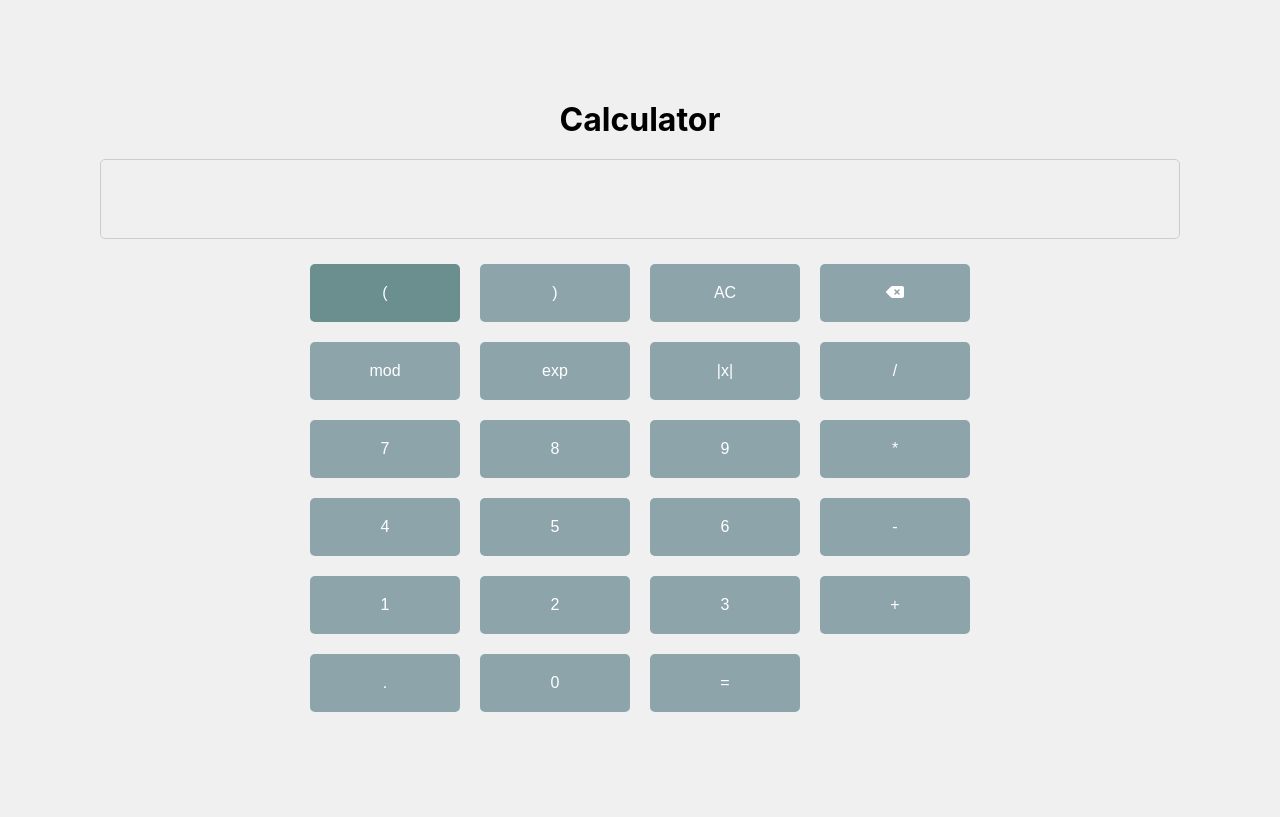
Repository: thesaherriaz/Calculator-React
Page: /
These files come from the project's save history. The page is drawn as it stood at one moment and after a run of saves; the edit follows.
The browser window is 1280 px wide. The pictures show the whole page.
The first visible `.btn-cal` is being pressed.
The project was rebuilt for these pictures with package versions that can differ from the ones it lists, and the page was loaded fresh each time.

Above is the page before, as saved 2025-06-20 12:30:46.

### public/index.html
<!DOCTYPE html>
<html lang="en">
  <head>
    <meta charset="utf-8" />
    <link rel="icon" href="%PUBLIC_URL%/favicon.ico" />
    <meta name="viewport" content="width=device-width, initial-scale=1" />
    <meta name="theme-color" content="#000000" />
    <meta
      name="description"
      content="Web site created using create-react-app"
    />
    <link rel="apple-touch-icon" href="%PUBLIC_URL%/logo192.png" />
    <link rel="stylesheet" href="https://cdnjs.cloudflare.com/ajax/libs/font-awesome/6.0.0/css/all.min.css">
    <!--
      manifest.json provides metadata used when your web app is installed on a
      user's mobile device or desktop. See https://developers.google.com/web/fundamentals/web-app-manifest/
    -->
    <link rel="manifest" href="%PUBLIC_URL%/manifest.json" />
    <!--
      Notice the use of %PUBLIC_URL% in the tags above.
      It will be replaced with the URL of the `public` folder during the build.
      Only files inside the `public` folder can be referenced from the HTML.

      Unlike "/favicon.ico" or "favicon.ico", "%PUBLIC_URL%/favicon.ico" will
      work correctly both with client-side routing and a non-root public URL.
      Learn how to configure a non-root public URL by running `npm run build`.
    -->
    <title>React App</title>
  </head>
  <body>
    <noscript>You need to enable JavaScript to run this app.</noscript>
    <div id="root"></div>
    <!--
      This HTML file is a template.
      If you open it directly in the browser, you will see an empty page.

      You can add webfonts, meta tags, or analytics to this file.
      The build step will place the bundled scripts into the <body> tag.

      To begin the development, run `npm start` or `yarn start`.
      To create a production bundle, use `npm run build` or `yarn build`.
    -->
  </body>
</html>

### src/App.js
import React from 'react'
import Calculator from './compnents/Calculator'

function App() {
  return (
    <Calculator />
  )
}

export default App

### src/compnents/Calculator.jsx
import React from 'react'
import './Calculator.css'
import { useState } from 'react'

function Calculator() {
    const [input, setInput] = useState('');
    const [result, setResult] = useState('');
    const handleClick = (value) => {
        return () => {
            const input = document.getElementById('input');
            if (value === 'AC') {
                setInput('');
            } else if (value === 'DEL') {
                setInput(input.value.slice(0, -1));
            } else if (value === '=') {
                try {
                    setResult(eval(input));
                    setInput('');
                } catch (error) {
                    setInput('Error');
                }
            } else {
                setInput(input + value);
            }
        };
    }
  return (
    <>
        <div className="Calculator">
            <h1>Calculator</h1>
            <div className="input">{input}</div>
            <div className="result">{result}</div>
            <div className="buttons">
                <button className='btn-cal'onClick={handleClick('(')}>(</button>
                <button className='btn-cal'onClick={handleClick(')')}>)</button>
                <button className='btn-cal'onClick={handleClick('AC')}>AC</button>
                <button className='btn-cal'onClick={handleClick('DEL')}><i class="fa-solid fa-delete-left"></i></button>
                <button className='btn-cal'onClick={handleClick('mod')}>mod</button>
                <button className='btn-cal'onClick={handleClick('exp')}>exp</button>
                <button className='btn-cal'onClick={handleClick('|x|')}>|x|</button>
                <button className='btn-cal'onClick={handleClick('/')}>/</button>
                <button className='btn-cal'onClick={handleClick('7')}>7</button>
                <button className='btn-cal'onClick={handleClick('8')}>8</button>
                <button className='btn-cal'onClick={handleClick('9')}>9</button>
                <button className='btn-cal'onClick={handleClick('*')}>*</button>
                <button className='btn-cal'onClick={handleClick('4')}>4</button>
                <button className='btn-cal'onClick={handleClick('5')}>5</button>
                <button className='btn-cal'onClick={handleClick('6')}>6</button>
                <button className='btn-cal'onClick={handleClick('-')}>-</button>
                <button className='btn-cal'onClick={handleClick('1')}>1</button>
                <button className='btn-cal'onClick={handleClick('2')}>2</button>
                <button className='btn-cal'onClick={handleClick('3')}>3</button>
                <button className='btn-cal'onClick={handleClick('+')}>+</button>
                <button className='btn-cal'onClick={handleClick('.')}>.</button>
                <button className='btn-cal'onClick={handleClick('0')}>0</button>
                <button className='btn-cal'onClick={handleClick('=')}>=</button>
                {/* <button className='btn-cal'onClick={handleClick('=')}>=</button> */}
            </div>
        </div>
    </>
  )
}

export default Calculator

### src/compnents/Calculator.css
*{
    box-sizing: border-box;
    margin: 0;
    padding: 0;

}
.Calculator {
  display: flex;
  flex-direction: column;
  align-items: center;
  justify-content: center;
  /* height: 100vh; */
  background-color: #f0f0f0;
  padding: 100px;
}
.buttons {
  display: grid;
  grid-template-columns: repeat(4, 1fr);
  gap: 10px;
}
.btn-cal{
  background-color: #8ea4ab;
  width: 150px;
  color: white;
  border: none;
  padding: 20px;
  font-size: 16px;
  cursor: pointer;
  border-radius: 5px;
  margin: 5px;
  transition: background-color 0.3s ease;
}

.btn-cal:hover {
  background-color: #6b8e8f;
}

.input {
  width: 100%;
  min-height: 80px;
  padding: 10px;
  font-size: 25px;
  border: 1px solid #ccc;
  border-radius: 5px;
  margin: 20px;
}

Loaded but not shown: src/index.js (common file); src/index.css (common file); src/reportWebVitals.js (common file); public/manifest.json (common file)

After the next 2 saves:
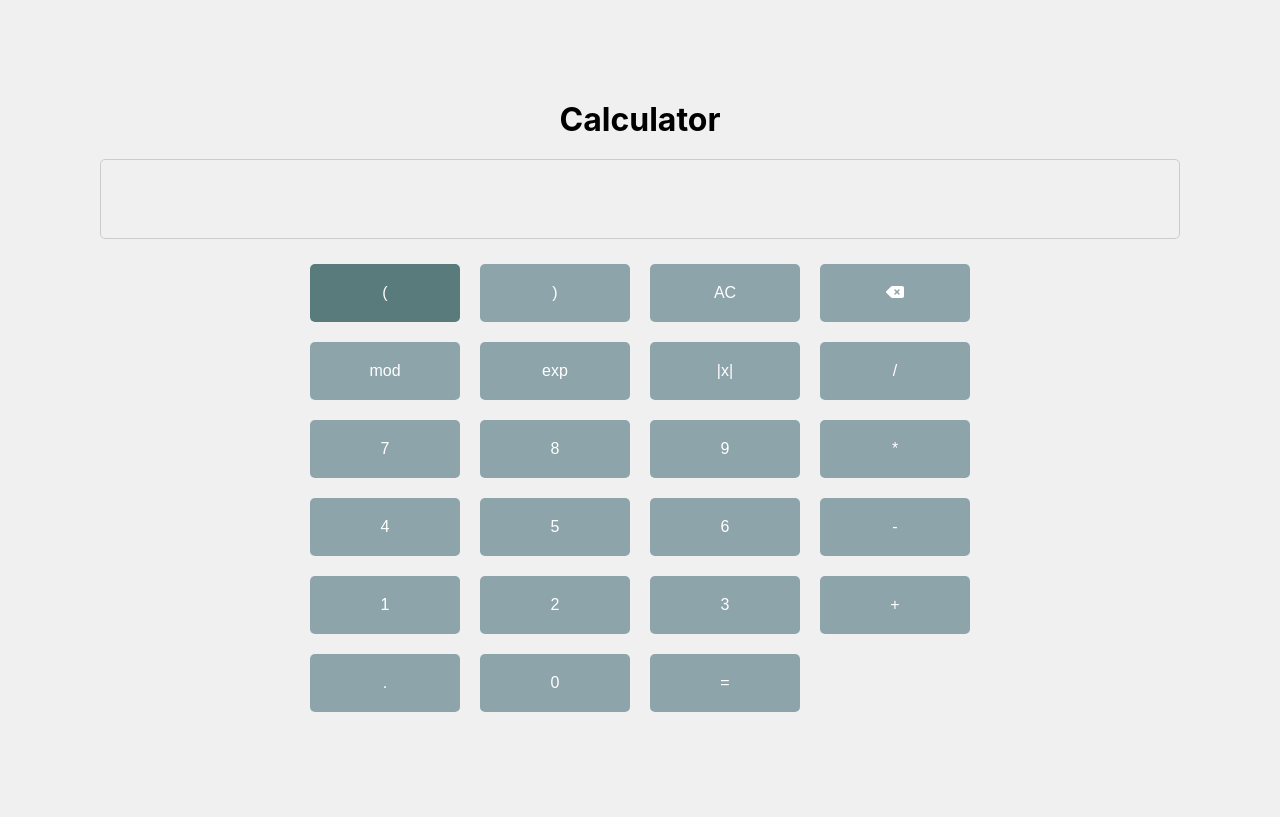
The 2 saves are shown as one change because they came seconds apart.
The last was saved 19 s later.
--- a/src/compnents/Calculator.css
+++ b/src/compnents/Calculator.css
@@ -35,6 +35,10 @@
   background-color: #6b8e8f;
 }
 
+.btn-cal:active {
+  background-color: #5a7b7c;
+}
+
 .input {
   width: 100%;
   min-height: 80px;
